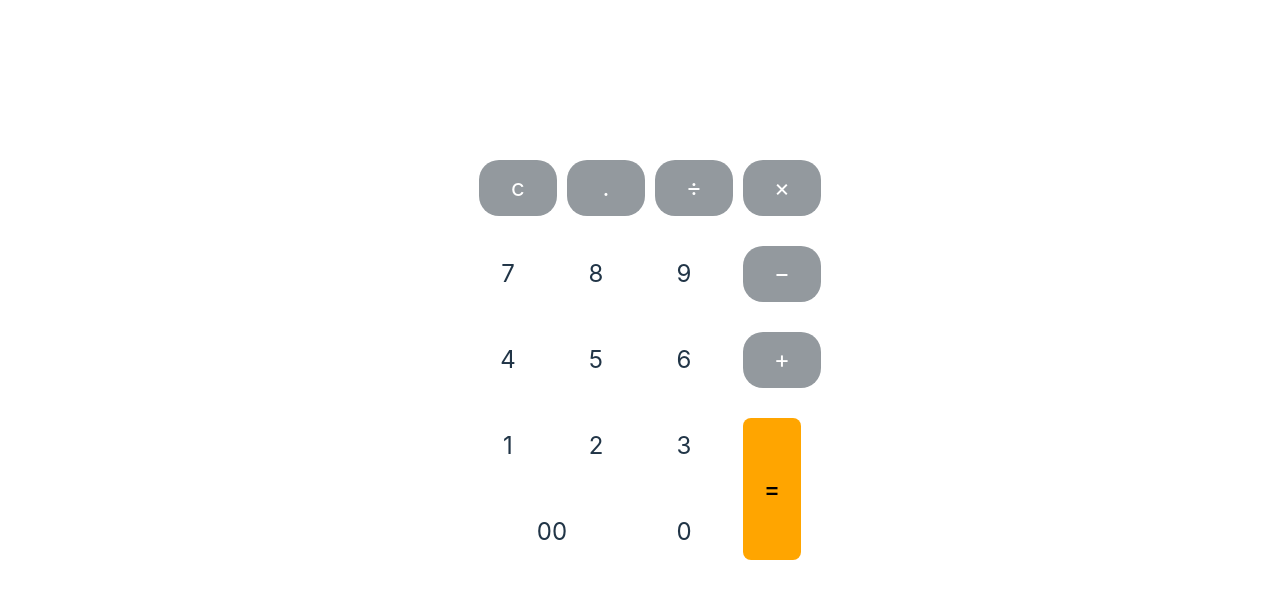
Repository: Celebration-cloud/Calculator
Page: /
These files come from the project's save history. The page is drawn as it stood at one moment and after a run of saves; the edit follows.
The browser window is 1280 px wide. The pictures show the whole page.
The project was rebuilt for these pictures with package versions that can differ from the ones it lists, and the page was loaded fresh each time. Also part of the build but not shown: vite.config.js, src/components/Result.module.css.

Above is the page before, as saved 2023-12-29 23:41:43.

After the next 5 saves:
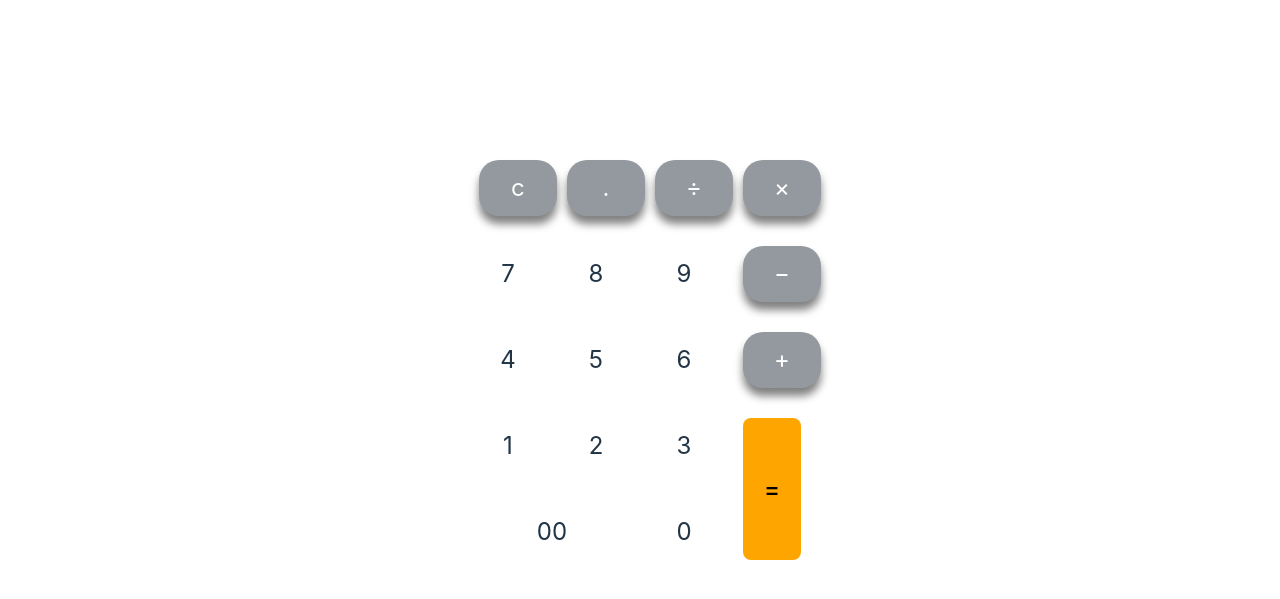
The 5 saves are shown as one change because they came seconds apart.
The last was saved 24 s later.
--- a/src/components/Buttons.module.css
+++ b/src/components/Buttons.module.css
@@ -17,7 +17,7 @@
     cursor: pointer;
     text-align: center;
     border-radius: 20px;
-    box-shadow:  0px 8px 8px 0px;
+    box-shadow: gray 0px 8px 8px 0px;
 }
 .buttons div{
     align-self: center;
